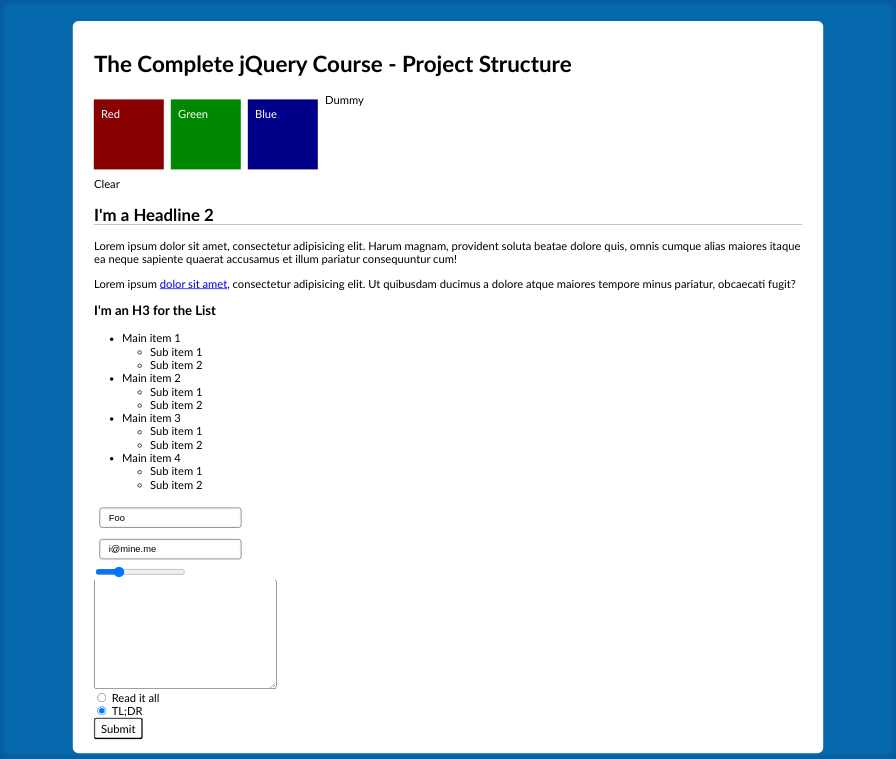
Repository: vpriyankaprabhu/Jquery-examples
Page: 06/same-handler-multiple-events/index.html
These files come from the project's save history. The page is drawn as it stood at one moment and after the next save; the edit follows.
The browser window is 1280 px wide. The pictures show the whole page, at 70% of full size.

Above is the page before, as saved 2024-12-30 15:37:33.

After the next save:
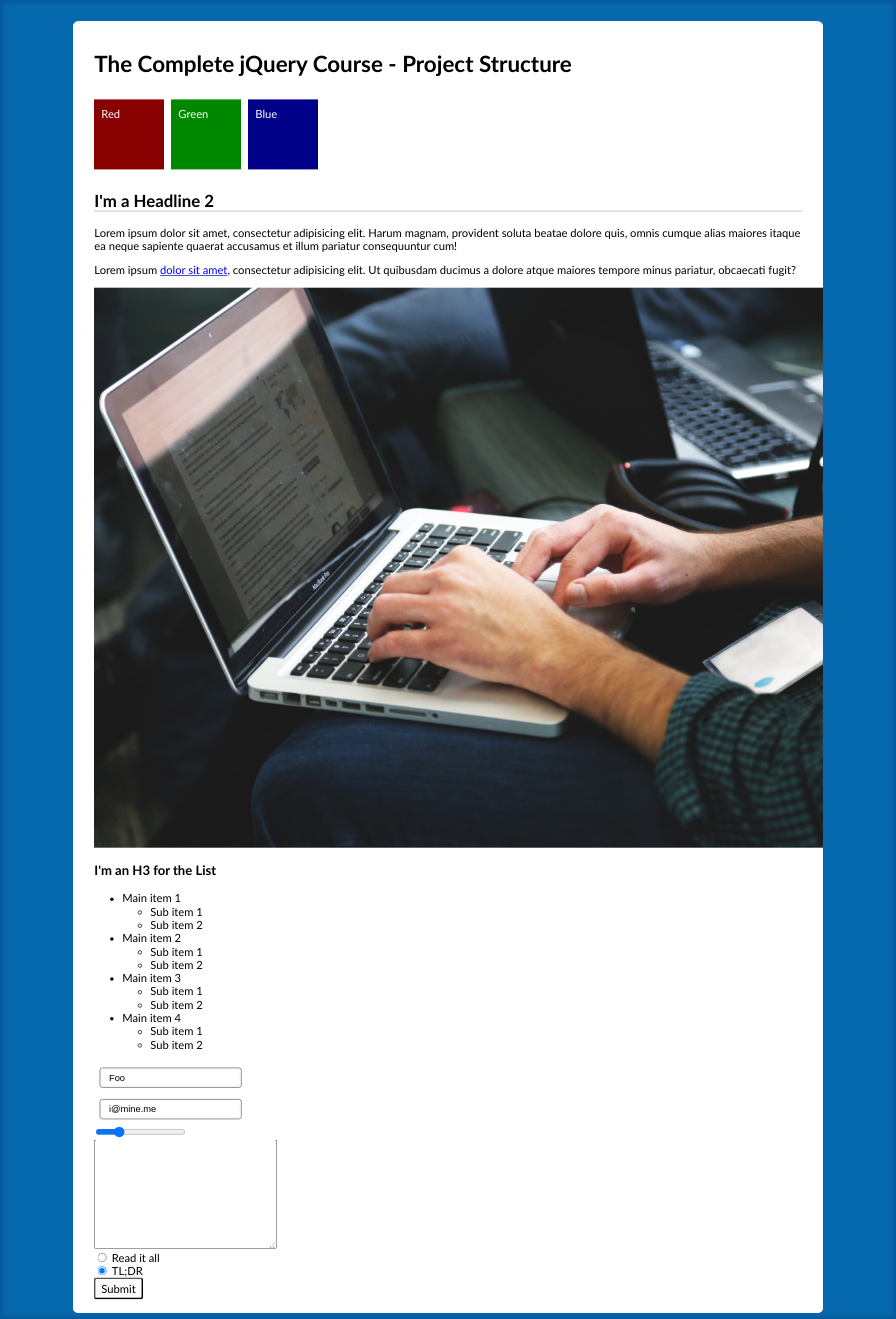
Saved 11 s later.
--- a/06/same-handler-multiple-events/index.html
+++ b/06/same-handler-multiple-events/index.html
@@ -14,12 +14,15 @@
     <div class="red-box">Red</div>
     <div class="green-box">Green</div>
     <div class="blue-box">Blue</div>
-    <div class="dummy">Dummy</div>
-    <div class="clear">Clear</div>
+    <div class="clear"></div>
 
     <h2>I'm a Headline 2</h2>
     <p>Lorem ipsum dolor sit amet, consectetur adipisicing elit. Harum magnam, provident soluta beatae dolore quis, omnis cumque alias maiores itaque ea neque sapiente quaerat accusamus et illum pariatur consequuntur cum!</p>
     <p>Lorem ipsum <a id="link" title="An amazing link" href="/url">dolor sit amet</a>, consectetur adipisicing elit. Ut quibusdam ducimus a dolore atque maiores tempore minus pariatur, obcaecati fugit?</p>
+
+    <div class="gallery">
+      <img src="images/laptop-mobile_small.jpg" alt="">
+    </div>
 
     <h3>I'm an H3 for the List</h3>
     <!-- An unordered list with ID "list" -->
